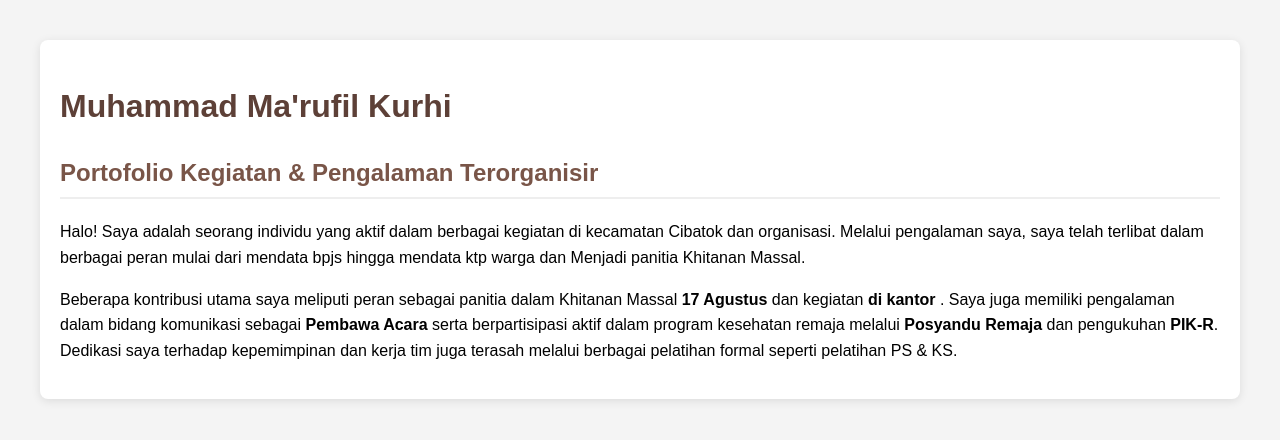
Repository: rufi1126/241552010002-Web-Application-Development
Page: p-2/latihan1.html
The author's editor kept a copy of each file at every save. The page is drawn from the files as they stood at one save, then again after a run of saves.
The browser window is 1280 px wide. The pictures show the whole page.

Above is the page before, as saved 2026-02-27 17:25:32.

After the next 2 saves:
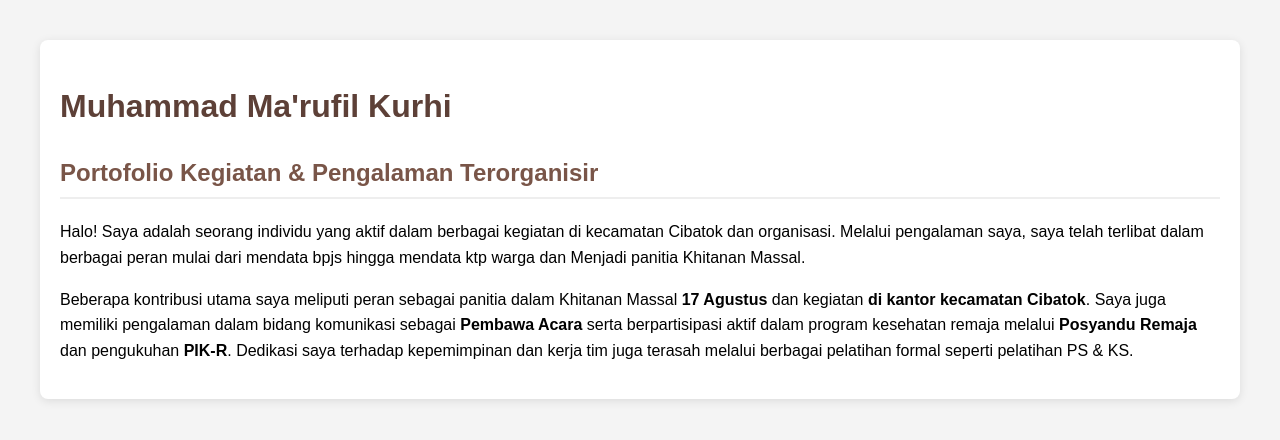
The 2 saves are shown as one change because they came seconds apart.
The last was saved 7 s later.
--- a/p-2/latihan1.html
+++ b/p-2/latihan1.html
@@ -41,7 +41,7 @@
 
         <p>
             Beberapa kontribusi utama saya meliputi peran sebagai panitia dalam Khitanan Massal <strong>17 Agustus</strong>
-            dan kegiatan <strong>di kantor </strong>. Saya juga memiliki pengalaman dalam bidang komunikasi
+            dan kegiatan <strong>di kantor kecamatan Cibatok</strong>. Saya juga memiliki pengalaman dalam bidang komunikasi
             sebagai <strong>Pembawa Acara</strong> serta berpartisipasi aktif dalam program kesehatan remaja melalui
             <strong>Posyandu Remaja</strong> dan pengukuhan <strong>PIK-R</strong>. Dedikasi saya terhadap kepemimpinan
             dan kerja tim juga terasah melalui berbagai pelatihan formal seperti pelatihan PS & KS.
